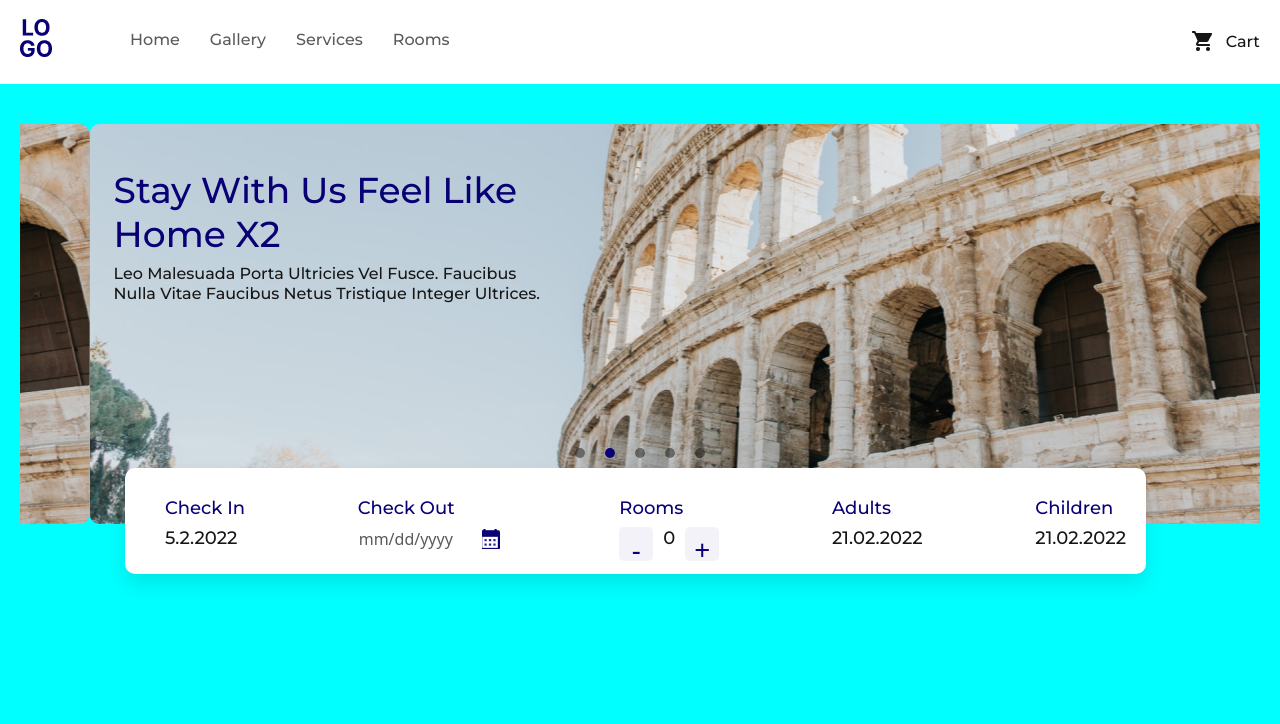
Repository: Mayis01/tasktest
Page: /
These files come from the project's save history. The page is drawn as it stood at one moment and after the next save; the edit follows.
The browser window is 1280 px wide. The pictures show the whole page.
The project was rebuilt for these pictures with package versions that can differ from the ones it lists, and the page was loaded fresh each time. Also part of the build but not shown: src/App.css, src/Pages/Error/Error.jsx, src/Pages/Gallery/Gallery.jsx, src/Pages/Rooms/Rooms.jsx, src/Pages/Services/Services.jsx.

Above is the page before, as saved 2022-03-25 17:21:54.

After the next save:
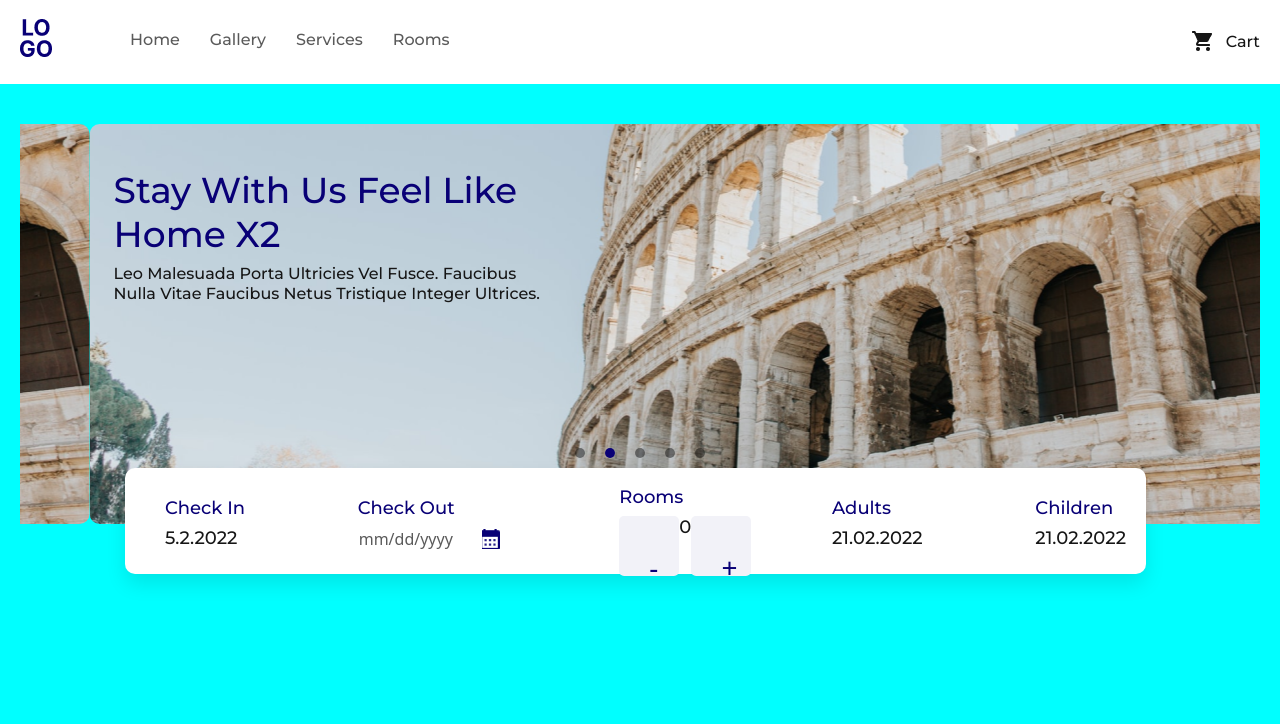
Saved 12 s later.
--- a/src/Pages/Home/Home.scss
+++ b/src/Pages/Home/Home.scss
@@ -105,7 +105,7 @@
                 border-style: none;
                 color: $mainColor;
                 font-size: 28px;
-                padding-bottom: 30px
+                padding: 30px
             }
 
             > p {

After the save that followed:
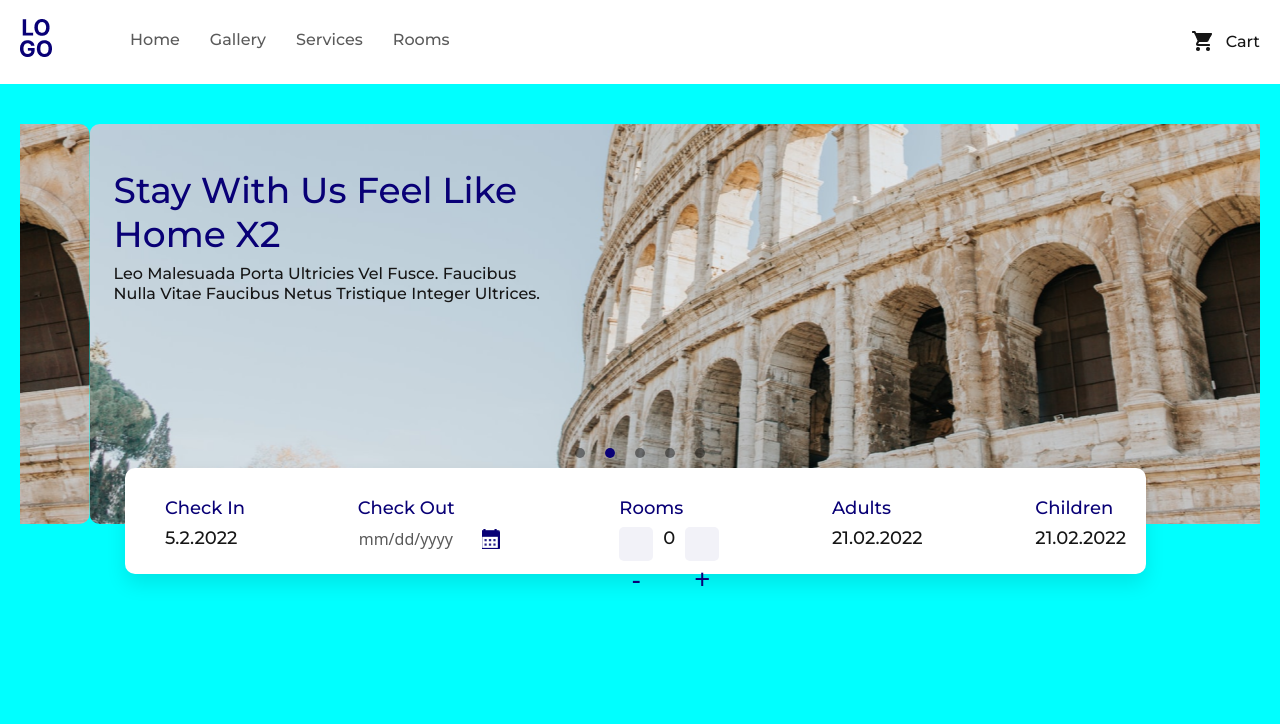
Saved 7 s later.
--- a/src/Pages/Home/Home.scss
+++ b/src/Pages/Home/Home.scss
@@ -105,7 +105,7 @@
                 border-style: none;
                 color: $mainColor;
                 font-size: 28px;
-                padding: 30px
+                padding-top: 30px
             }
 
             > p {
